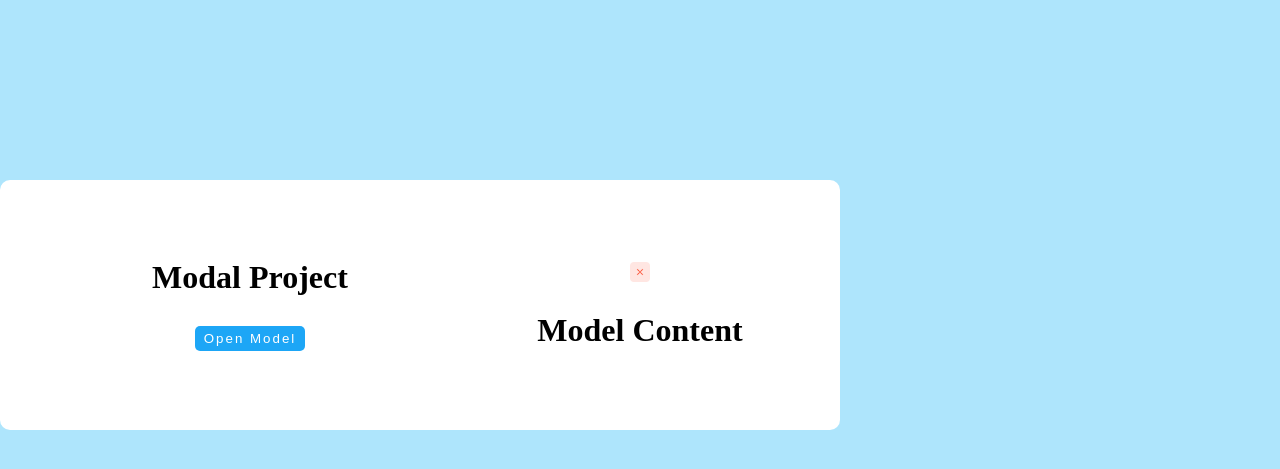
Repository: Trapti10/20-js-practice-projects-in-7-days-challenge
Page: Project_4_Modal_Project/index.html
An editor plug-in stored every save of this project. The page is shown before and after the next save, followed by the edit.
The browser window is 1280 px wide. The pictures show the whole page.

Above is the page before, as saved 2025-11-24 11:04:23.

After the next save:
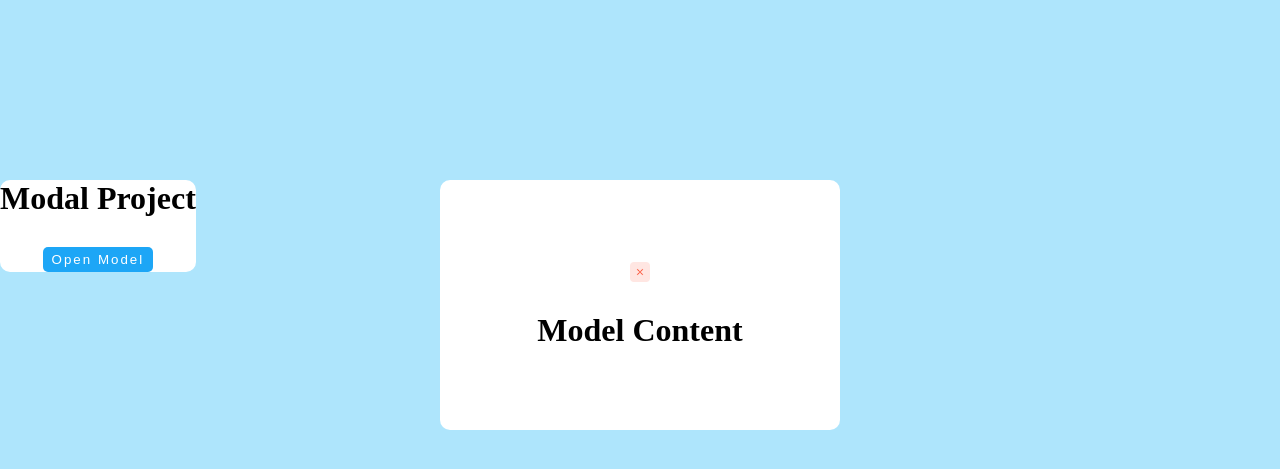
Saved 6 s later.
--- a/Project_4_Modal_Project/style.css
+++ b/Project_4_Modal_Project/style.css
@@ -25,8 +25,8 @@
     background: white;
     max-height: 250px;
     max-width: 500px;
-    height: 100%;
-    width: 100%;
+    /* height: 100%;
+    width: 100%; */
     display: flex;
     justify-content: center;
     align-items:center ;

After the save that followed:
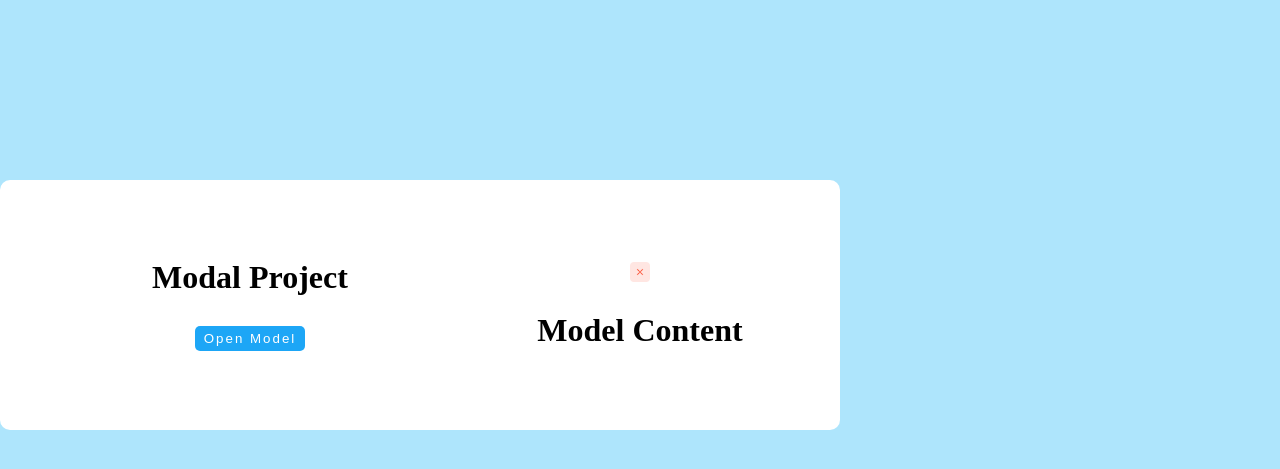
Saved 6 s later.
--- a/Project_4_Modal_Project/style.css
+++ b/Project_4_Modal_Project/style.css
@@ -25,8 +25,8 @@
     background: white;
     max-height: 250px;
     max-width: 500px;
-    /* height: 100%;
-    width: 100%; */
+    height: 100%;
+    width: 100%;
     display: flex;
     justify-content: center;
     align-items:center ;
